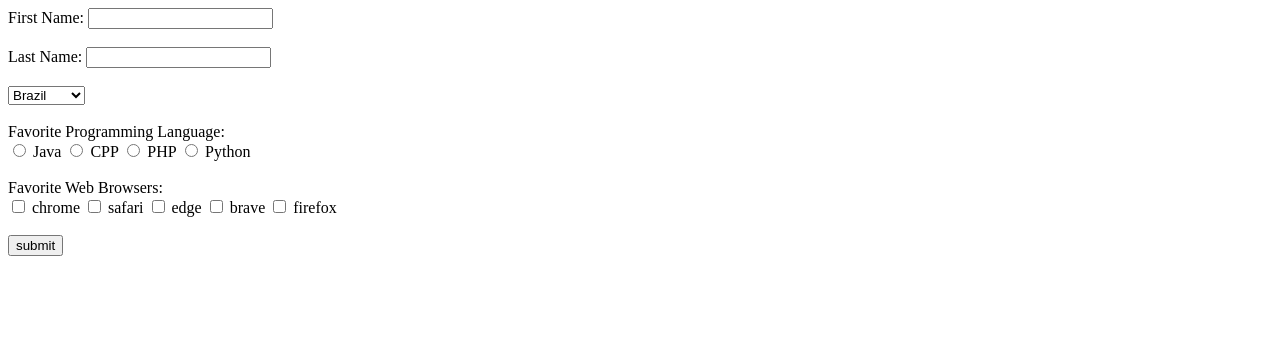
Repository: PNSVN3035/excelr-evening-full-stack
Page: ExcelREvening/Backend/servlets/03-JSPsOnIDE/02-reading-html-data-with-jsp/src/main/webapp/04-student-checkbox-form.html
An editor plug-in stored every save of this project. The page is shown before and after the next save, followed by the edit.
The browser window is 1280 px wide. The pictures show the whole page.

Above is the page before, as saved 2024-05-19 00:45:02.

### ExcelREvening/Backend/servlets/03-JSPsOnIDE/02-reading-html-data-with-jsp/src/main/webapp/04-student-checkbox-form.html
<!DOCTYPE html>
<html>
	<head>
		<meta charset="ISO-8859-1">
		<title>Student Registration Form</title>
	</head>
	<body>
		<form action="04-student-checkbox-response.jsp" method="post"/>
			First Name: <input type="text" name="firstName"/>
			<br/><br/>
			Last Name: <input type="text" name="lastName"/>
			<br/><br/>
			<select name="country">
				<option>Brazil</option>
				<option>France</option>
				<option>Germany</option>
				<option>India</option>
				<option>Turkey</option>
				<option>US</option>
				<option>UK</option>
			</select>
			<br/><br/>
			Favorite Programming Language: <br/>
			<input type="radio" name="favoriteLanguage" value="Java"/> Java
			<input type="radio" name="favoriteLanguage" value="CPP"/> CPP
			<input type="radio" name="favoriteLanguage" value="PHP"/> PHP
			<input type="radio" name="favoriteLanguage" value="Python"/> Python
			<br/><br/>

			Favorite Web Browsers: <br/>
			<input type="checkbox" name="chrome" value="chrome"/> chrome
			<input type="checkbox" name="safari" value="safari"/> safari
			<input type="checkbox" name="edge" value="edge"/> edge
			<input type="checkbox" name="brave" value="brave"/> brave
			<input type="checkbox" name="firefox" value="firefox"/> firefox
			<br/><br/>
			<input type="submit" value="submit"/>
	</body>
</html>

After the next save:
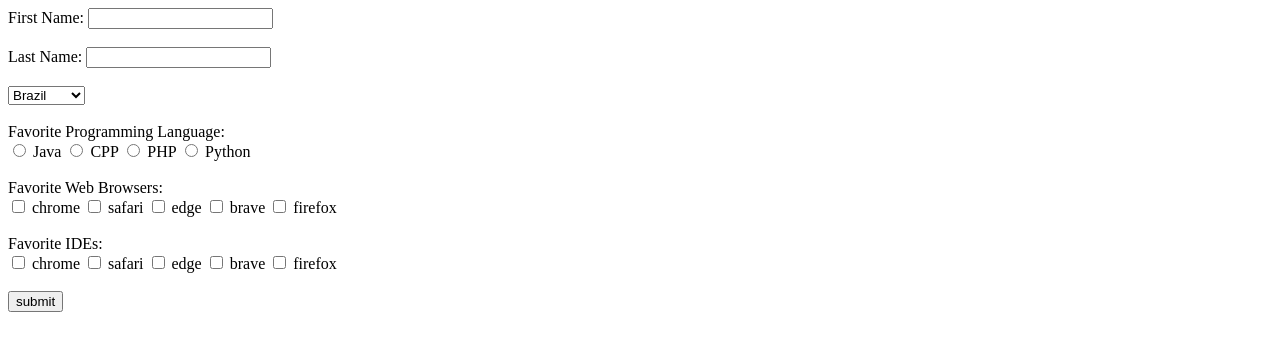
Saved 4 min 37 s later.
--- a/ExcelREvening/Backend/servlets/03-JSPsOnIDE/02-reading-html-data-with-jsp/src/main/webapp/04-student-checkbox-form.html
+++ b/ExcelREvening/Backend/servlets/03-JSPsOnIDE/02-reading-html-data-with-jsp/src/main/webapp/04-student-checkbox-form.html
@@ -34,6 +34,14 @@
 			<input type="checkbox" name="brave" value="brave"/> brave
 			<input type="checkbox" name="firefox" value="firefox"/> firefox
 			<br/><br/>
+
+			Favorite IDEs: <br/>
+			<input type="checkbox" name="chrome" value="chrome"/> chrome
+			<input type="checkbox" name="safari" value="safari"/> safari
+			<input type="checkbox" name="edge" value="edge"/> edge
+			<input type="checkbox" name="brave" value="brave"/> brave
+			<input type="checkbox" name="firefox" value="firefox"/> firefox
+			<br/><br/>
 			<input type="submit" value="submit"/>
 	</body>
 </html>
